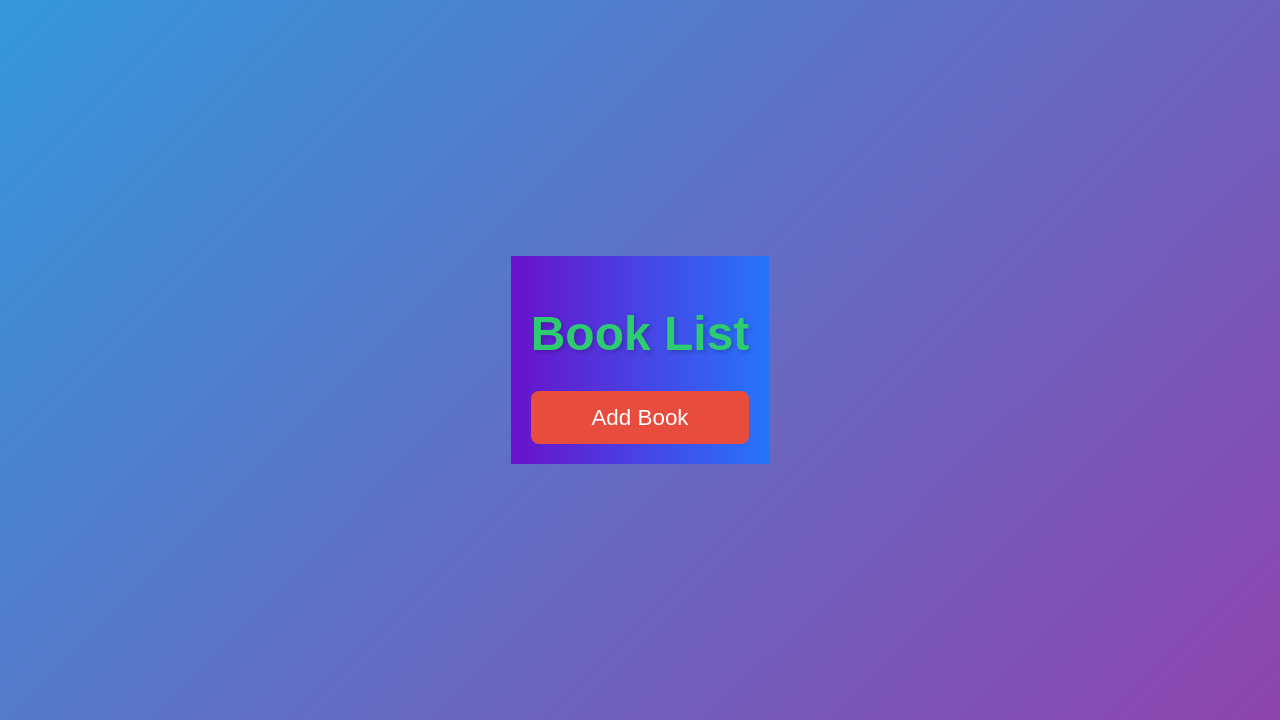
Repository: KanmegneTabouguie/librarymanagement
Page: / (app in frontend/library-frontend/)
An editor plug-in stored every save of this project. The page is shown before and after the next save, followed by the edit.
The browser window is 1280 px wide. The pictures show the whole page.
The page's requests for data from a server got no answer. The project was rebuilt for these pictures with package versions that can differ from the ones it lists, and the page was loaded fresh each time. No one was signed in, and anything a server would have sent is missing. Also part of the build but not shown: frontend/library-frontend/vite.config.js, frontend/library-frontend/src/components/AddBook.jsx, frontend/library-frontend/src/components/UpdateBook.jsx, frontend/library-frontend/src/components/PublishBook.jsx.

Above is the page before, as saved 2024-02-29 11:31:58.

### frontend/library-frontend/src/App.jsx
// eslint-disable-next-line no-unused-vars
import React from 'react';
import { BrowserRouter as Router, Route, Routes } from 'react-router-dom';
import AddBook from './components/AddBook';
import UpdateBook from './components/UpdateBook';
import PublishBook from './components/PublishBook';
import BookList from './components/BookList'; // Import BookList component

function App() {
  return (
    <Router>
      <div className="App">
        <Routes>
        <Route path="/" element={<BookList />} /> {/* Display BookList component at the root route */}
          <Route path="/add" element={<AddBook />} />
          <Route path="/update/:id" element={<UpdateBook />} />
          <Route path="/publish/:id" element={<PublishBook />} />
        </Routes>
      </div>
    </Router>
  );
}

export default App;

### frontend/library-frontend/src/components/BookList.jsx
// src/components/BookList.js
// eslint-disable-next-line no-unused-vars
import React, { useState, useEffect } from 'react';
import axios from 'axios';
import { Link } from 'react-router-dom';
import BookListStyles from './BookListStyles';

const BookList = () => {
  const [books, setBooks] = useState([]);

  useEffect(() => {
    axios.get('http://localhost:3017/books')
      .then(response => setBooks(response.data))
      .catch(error => console.error('Error fetching books:', error));
  }, []);

  const handleDeleteBook = async (bookId) => {
    try {
      await axios.delete(`http://localhost:3017/books/${bookId}`);
      console.log('Book deleted');
      // Update the state to reflect the deletion
      setBooks(prevBooks => prevBooks.filter(book => book._id !== bookId));
    } catch (error) {
      console.error('Error deleting book:', error);
    }
  };

  return (
    <div style={BookListStyles.container}>
      <h1 style={BookListStyles.headingStyle}>Book List</h1>
      <Link to="/add" style={BookListStyles.actionLinkStyle}>Add Book</Link>
      <div style={BookListStyles.bookContainer}>
        {books.map(book => (
          <div key={book._id} style={{ ...BookListStyles.bookStyle, backgroundColor: getRandomColor() }}>
            <h3 style={BookListStyles.titleStyle}>{book.title}</h3>
            <p style={BookListStyles.authorStyle}>Author: {book.author}</p>
            <p>Availability: {book.available ? 'Available' : 'Not Available'}</p> {/* Display availability status */}
            <div style={BookListStyles.buttonContainer}>
              <Link to={`/update/${book._id}`} style={BookListStyles.updateLinkStyle}>Update</Link>
              <button onClick={() => handleDeleteBook(book._id)} style={BookListStyles.deleteButtonStyle}>Delete</button>
              <Link to={`/publish/${book._id}`} style={BookListStyles.publishLinkStyle}>Publish</Link>
            </div>
          </div>
        ))}
      </div>
    </div>
  );
};

// Function to generate a random color
const getRandomColor = () => {
  const letters = '456789ABCDEF';
  let color = '#';
  for (let i = 0; i < 6; i++) {
    color += letters[Math.floor(Math.random() * 10)];
  }
  return color;
};

export default BookList;

### frontend/library-frontend/src/components/AddBook.css
/* AddBook.css */

body {
    margin: 0;
    padding: 0;
    font-family: 'Arial', sans-serif;
    background: linear-gradient(135deg, #3498db, #8e44ad);
    display: flex;
    align-items: center;
    justify-content: center;
    height: 100vh;
  }

  .page-container {
    display: flex;
    flex-direction: column;
    align-items: center;
  }

  .form-container {
    background-color: #fff;
    padding: 20px;
    border-radius: 10px;
    box-shadow: 0 0 20px rgba(0, 0, 0, 0.2);
    margin-bottom: 20px;
  }

  h1 {
    color: #fff;
    text-align: center;
    margin-bottom: 20px;
  }

  label {
    display: block;
    margin-bottom: 10px;
    color: #555;
  }

  input {
    width: 100%;
    padding: 12px;
    margin-bottom: 15px;
    box-sizing: border-box;
    border: 1px solid #ccc;
    border-radius: 5px;
    font-size: 16px;
  }

  .add-book-button {
    width: 100%;
    padding: 12px;
    background-color: #27ae60;
    color: #fff;
    border: none;
    border-radius: 5px;
    cursor: pointer;
    font-size: 18px;
    transition: background-color 0.3s ease-in-out;
  }

  .add-book-button:hover {
    background-color: #219f4e;
  }

  .modal-overlay {
    position: fixed;
    top: 0;
    left: 0;
    width: 100%;
    height: 100%;
    background: rgba(0, 0, 0, 0.7);
    display: flex;
    align-items: center;
    justify-content: center;
  }

  .modal {
    background: linear-gradient(135deg, #3498db, #8e44ad);
    padding: 20px;
    border-radius: 10px;
    text-align: center;
    box-shadow: 0 4px 8px rgba(0, 0, 0, 0.2);
    color: #fff;
  }

  .modal p {
    font-size: 18px;
    margin-bottom: 20px;
  }

  .modal button {
    padding: 12px 24px;
    background-color: #2ecc71;
    color: #fff;
    border: none;
    border-radius: 5px;
    cursor: pointer;
    font-size: 18px;
    transition: background-color 0.3s ease-in-out;
  }

  .modal button:hover {
    background-color: #27ae60;
  }

### frontend/library-frontend/src/components/BookListStyles.js
// BookListStyles.js
const BookListStyles = {
  container: {
    position: 'relative', // Add position relative for z-index to work
    textAlign: 'center',
    padding: '20px',
    background: 'linear-gradient(to right, #6A11CB, #2575FC)',
    color: 'white',
  },

  headingStyle: {
    fontSize: '3em',
    color: '#2ecc71',
    fontWeight: '700',
    marginBottom: '30px',
    textShadow: '2px 2px 4px rgba(0, 0, 0, 0.2)',
  },

  actionLinkStyle: {
    textDecoration: 'none',
    color: '#fff',
    fontSize: '1.4em',
    marginTop: '10px',
    display: 'block',
    background: '#e74c3c',
    padding: '10px 15px',
    borderRadius: '8px',
    transition: 'background 0.3s ease-in-out',
    position: 'relative', // Add position relative for z-index to work
    zIndex: '999', // Add a higher z-index value
  },

  bookContainer: {
    display: 'flex',
    flexWrap: 'wrap',
    justifyContent: 'center',
  },

  bookStyle: {
    border: '1px solid #ecf0f1',
    margin: '15px',
    padding: '20px',
    width: '250px',
    borderRadius: '15px',
    boxShadow: '0px 8px 16px rgba(0, 0, 0, 0.1)',
    transition: 'transform 0.3s ease-in-out, box-shadow 0.3s ease-in-out',
    cursor: 'pointer',
    overflow: 'hidden',
    background: 'linear-gradient(to bottom right, #3498db, #2ecc71)',
    color: 'white',
  },

  titleStyle: {
    fontSize: '1.8em',
    marginBottom: '15px',
    color: '#fff',
    textShadow: '1px 1px 2px rgba(0, 0, 0, 0.8)',
  },

  authorStyle: {
    fontSize: '1.2em',
    color: '#ecf0f1',
    marginBottom: '10px',
  },

  availabilityStyle: {
    fontSize: '1.2em',
    color: '#ecf0f1',
  },

  buttonContainer: {
    display: 'flex',
    justifyContent: 'space-between',
    marginTop: '20px',
  },

  updateLinkStyle: {
    textDecoration: 'none',
    color: '#e74c3c',
    fontSize: '1.2em',
    marginTop: '15px',
    display: 'block',
  },

  deleteButtonStyle: {
    backgroundColor: '#e74c3c',
    color: 'white',
    border: 'none',
    padding: '10px 15px',
    borderRadius: '8px',
    cursor: 'pointer',
    fontSize: '1.2em',
    transition: 'background-color 0.3s ease-in-out',
  },

  publishLinkStyle: {
    textDecoration: 'none',
    color: '#f39c12',
    fontSize: '1.2em',
    marginTop: '15px',
    display: 'block',
  },
};

export default BookListStyles;

Loaded but not shown: frontend/library-frontend/index.html (common file); frontend/library-frontend/src/main.jsx (common file); frontend/library-frontend/src/index.css (common file)

After the next save:
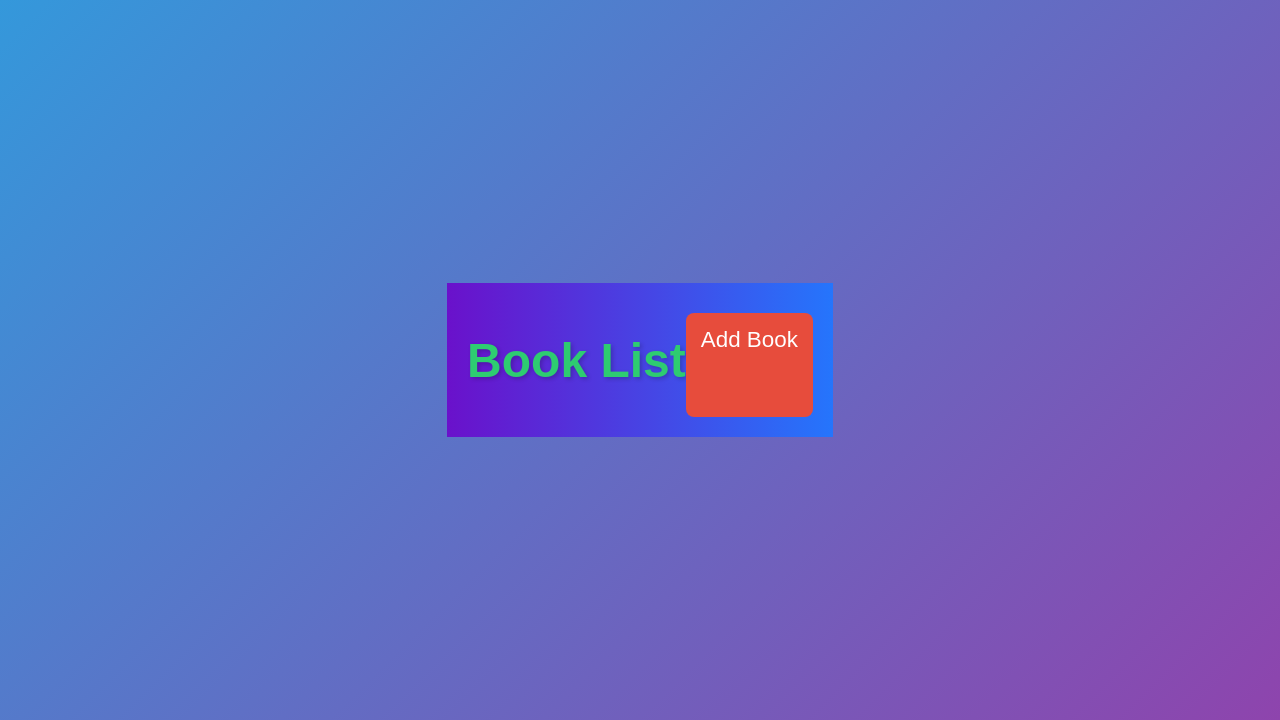
Saved 3 min 44 s later.
--- a/frontend/library-frontend/src/components/BookList.jsx
+++ b/frontend/library-frontend/src/components/BookList.jsx
@@ -27,9 +27,11 @@
 
   return (
     <div style={BookListStyles.container}>
+
+      <div style={BookListStyles.bookContainer}>
       <h1 style={BookListStyles.headingStyle}>Book List</h1>
       <Link to="/add" style={BookListStyles.actionLinkStyle}>Add Book</Link>
-      <div style={BookListStyles.bookContainer}>
+
         {books.map(book => (
           <div key={book._id} style={{ ...BookListStyles.bookStyle, backgroundColor: getRandomColor() }}>
             <h3 style={BookListStyles.titleStyle}>{book.title}</h3>

After the save that followed:
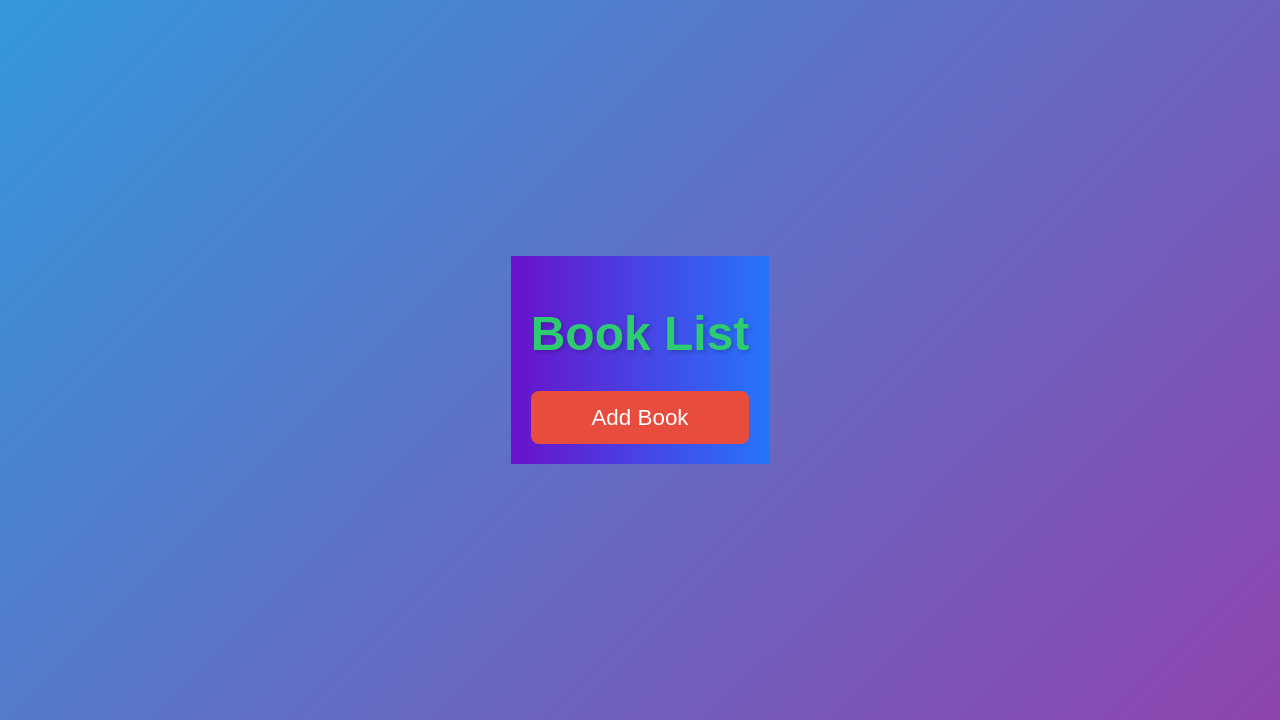
Saved 44 s later.
--- a/frontend/library-frontend/src/components/BookList.jsx
+++ b/frontend/library-frontend/src/components/BookList.jsx
@@ -27,11 +27,9 @@
 
   return (
     <div style={BookListStyles.container}>
-
-      <div style={BookListStyles.bookContainer}>
       <h1 style={BookListStyles.headingStyle}>Book List</h1>
       <Link to="/add" style={BookListStyles.actionLinkStyle}>Add Book</Link>
-
+      <div style={BookListStyles.bookContainer}>
         {books.map(book => (
           <div key={book._id} style={{ ...BookListStyles.bookStyle, backgroundColor: getRandomColor() }}>
             <h3 style={BookListStyles.titleStyle}>{book.title}</h3>
